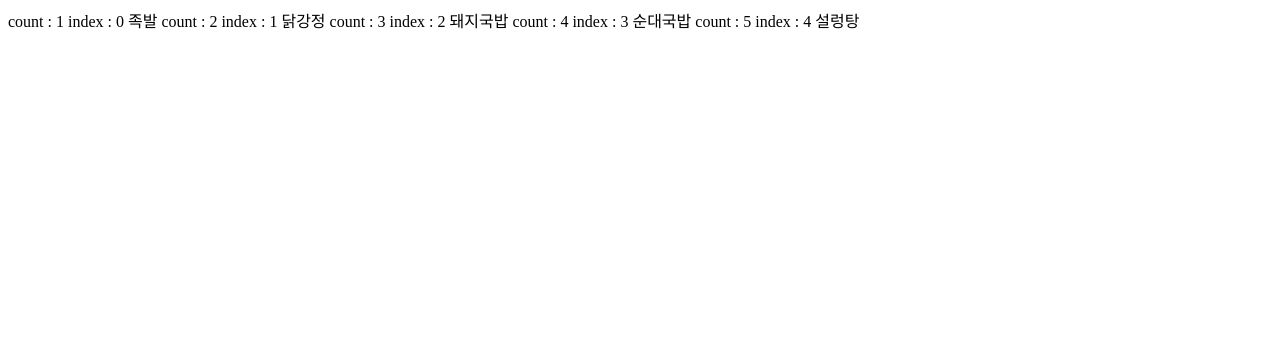
Repository: WoodongMaster/JSP_Workspace
Page: http://localhost/jstl_study/step6-forEach.jsp
An editor plug-in stored every save of this project. The page is shown before and after the next save, followed by the edit.
The browser window is 1280 px wide. The pictures show the whole page.
The page is served by Tomcat 9. Other server files are loaded and not shown.

Above is the page before, as saved 2023-05-10 01:49:17.

### jstl_project/jstl_study/src/main/webapp/step6-forEach.jsp
<%@ page language="java" contentType="text/html; charset=UTF-8"
    pageEncoding="UTF-8"%>
<%@ taglib prefix="c" uri="http://java.sun.com/jsp/jstl/core"%>
<!DOCTYPE html>
<html>
<head>
<meta charset="UTF-8">
<title>JSTL forEach</title>
</head>
<body>
	<%
		String food[] = {"족발", "닭강정", "돼지국밥","순대국밥","설렁탕"};
		request.setAttribute("f", food);
	%>

	<%--
		forEach : 반복문
		items : 대상배열, Collection
		var : 요소를 저장할 임시 변수
		varStatus : 변수 => 변수.count(개수), 변수.index(주소)
	--%>
	<c:forEach items="${requestScope.f}" var="fname" varStatus="order">
		count : ${order.count}
		index : ${order.index}
		${fname}
	</c:forEach>

</body>
</html>

After the next save:
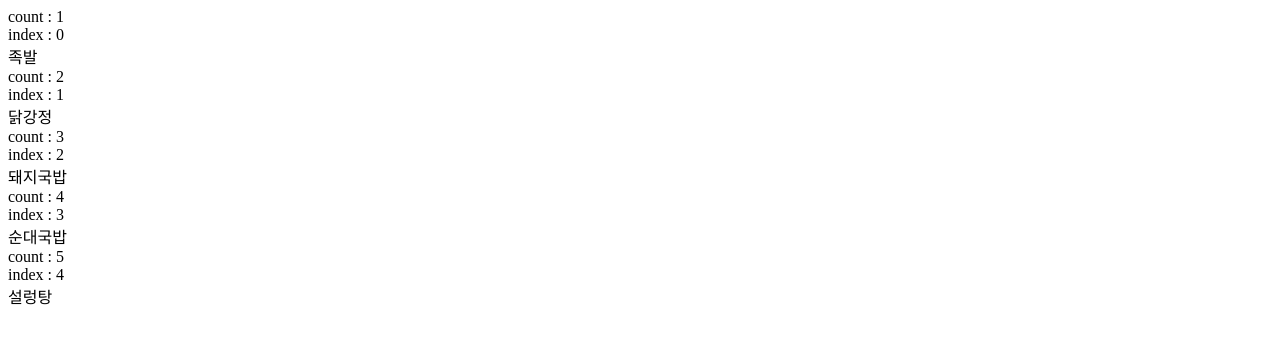
Saved 15 s later.
--- a/jstl_project/jstl_study/src/main/webapp/step6-forEach.jsp
+++ b/jstl_project/jstl_study/src/main/webapp/step6-forEach.jsp
@@ -20,9 +20,9 @@
 		varStatus : 변수 => 변수.count(개수), 변수.index(주소)
 	--%>
 	<c:forEach items="${requestScope.f}" var="fname" varStatus="order">
-		count : ${order.count}
-		index : ${order.index}
-		${fname}
+		count : ${order.count}<br>
+		index : ${order.index}<br>
+		${fname}<br>
 	</c:forEach>
 
 </body>
